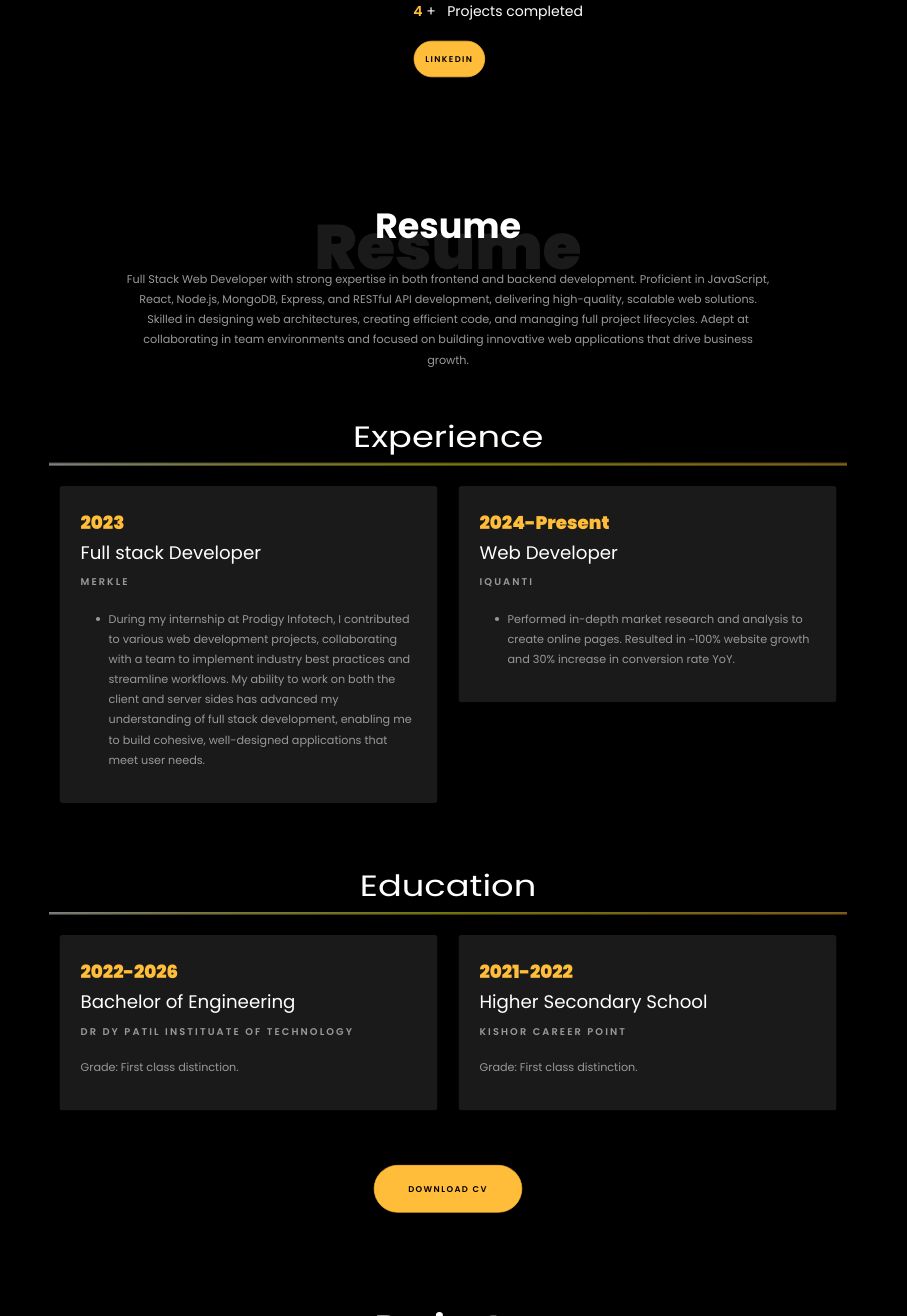
Repository: abp197/portfolio-website
Page: index.html
An editor plug-in stored every save of this project. The page is shown before and after the next save, followed by the edit.
The browser window is 1280 px wide. The page is 1295 px wide, so the pictures cover 1295 px, including what lies to the right of the window. The pictures show the part of the page from y = 1545 to 3425 px (the page is 6436 px tall), at 70% of full size.

Above is the page before, as saved 2024-10-16 01:00:38.
Console error (its wording comes from the project's code and is left out).

After the next save:
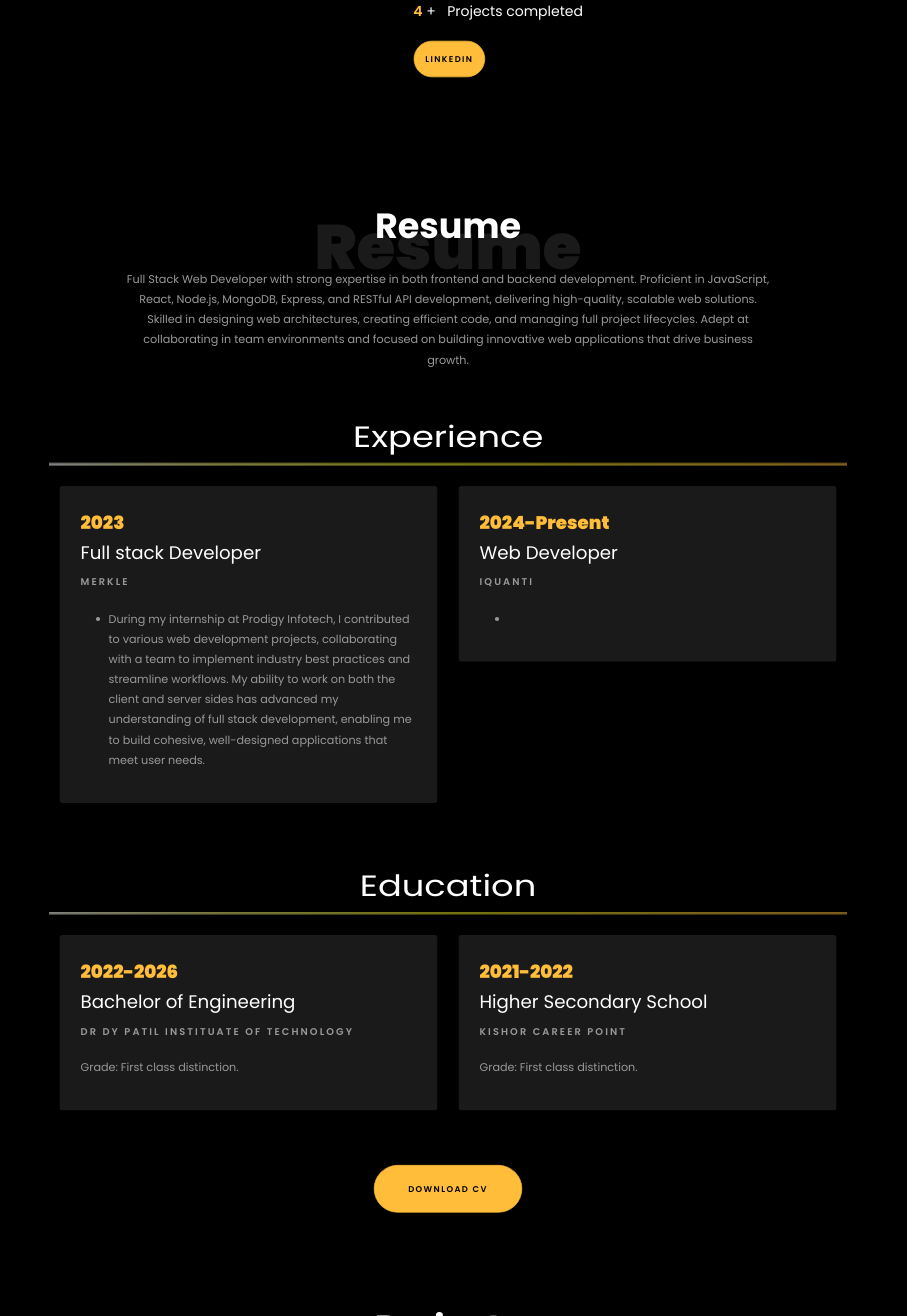
Saved 7 s later.
--- a/index.html
+++ b/index.html
@@ -366,8 +366,7 @@
 						<span class="position">iQuanti</span>
 						<p class="mt-4">
 						<ul>
-							<li>Performed in-depth market research and analysis to create online pages. Resulted in
-								~100% website growth and 30% increase in conversion rate YoY.</li>
+							<li></li>
 
 						</ul>
 						</p>
